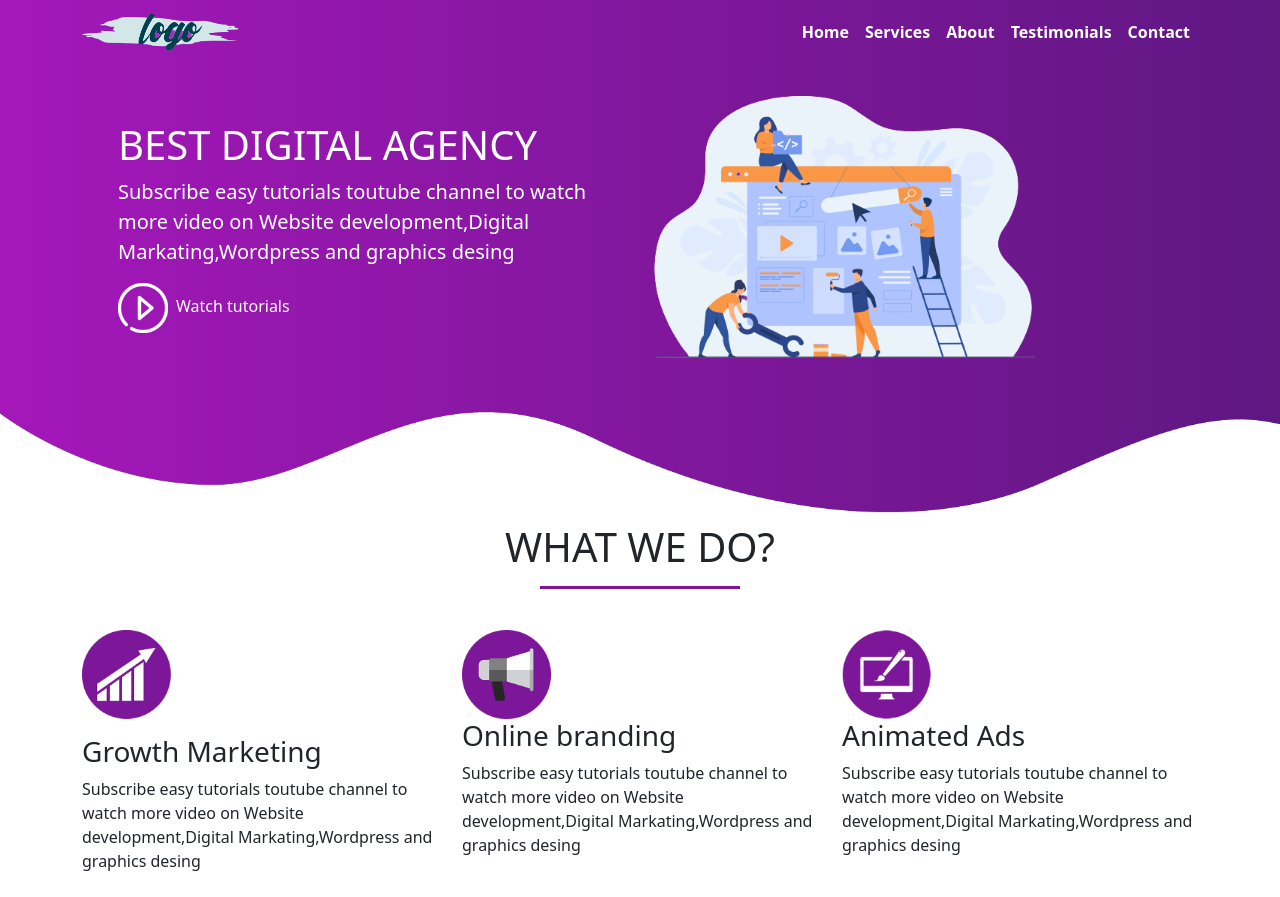
Repository: zjria/PSD-to-HTML-DIGITAL-AGENCY
Page: index.html
An editor plug-in stored every save of this project. The page is shown before and after the next save, followed by the edit.
The browser window is 1280 px wide. The pictures show the whole page.
Some web libraries are served in a nearby version.

Above is the page before, as saved 2022-05-11 08:21:53.

### index.html
<!doctype html>
<html lang="en">
  <head>
    <!-- Required meta tags -->
    <meta charset="utf-8">
    <meta name="viewport" content="width=device-width, initial-scale=1">
    <title>DIGITAL AGENCY</title>
    <!-- Bootstrap CSS -->
    <link href="https://cdn.jsdelivr.net/npm/bootstrap@5.0.2/dist/css/bootstrap.min.css" rel="stylesheet">
    <!-- Font awesome link-->
    <link rel="stylesheet" href="https://cdnjs.cloudflare.com/ajax/libs/font-awesome/6.1.1/css/all.min.css">
    <!-- custom CSS  -->
    <link rel="stylesheet" href="css/style.css">
  </head>
  <body>
    <!-- Navbar Section Start -->
    <section class="header">
        <nav class="navbar navbar-expand-md fixed-top">
            <div class="container">
                <a href="#" class="navbar-brand">
                    <img src="img/h_logo.png" alt="" class="menu-icon img-fluid w-50">
                </a>
                <button class="navbar-toggler" data-bs-target="#menunavbarlink" data-bs-toggle="collapse" type="button">
                    <span class="navbar-toggler-icon"></span>
                </button>
                <div class="collapse navbar-collapse fw-bold " id="menunavbarlink">
                  <ul class="navbar-nav ms-auto ">
                    <li class="nav-item ">
                      <a href="#Home" class="nav-link text-white">Home</a>
                    </li>
                    <li class="nav-item">
                      <a href="#Services" class="nav-link text-white">Services</a>
                    </li>
                    <li class="nav-item">
                      <a href="#About" class="nav-link text-white">About</a>
                    </li>
                    <li class="nav-item">
                      <a href="#Testimonials" class="nav-link text-white" >Testimonials</a>
                    </li>
                    <li class="nav-item">
                      <a href="#Contact" class="nav-link text-white">Contact</a>
                    </li>
                  </ul>
                </div>
            </div>
        </nav>
    </section>
    <!-- Navbar Section END -->
    <!-- Navbar Section Start -->
    <section class="" id="baner" id="Home">
      <div class="container p-5 py-5">
        <div class="row align-items-center text-white mt-5">
          <div class="col-md-6">
            <h1>BEST DIGITAL AGENCY</h1>
            <p class="lead">Subscribe easy tutorials toutube channel to watch more video on Website development,Digital Markating,Wordpress and graphics desing</p>
            <a href="#"><img src="img/play.png" class="img-fluid me-2 " alt=""><span>Watch tutorials</span></a>
          </div>
          <div class="col-md-6 m-auto">
            <img src="img/heder_logo.png" class="img-fluid w-75" alt="">
          </div>
        </div>
      </div>
      <img src="img/wave1.png" alt="" class="img-wave1 img-fluid">
    </section>
    <!-- Navbar Section END -->

    <!-- Service Section Start -->
      <section class="service-section">
        <div class="container">
          <div class="row text-center">
            <h1 class="title">WHAT WE DO?</h1>
            <!-- <span></span> -->
          </div>
          <div class="row mt-5">
            <div class="col-12 col-md-4 mb-2">
              <img src="img/service1.png" alt="" class="img-fluid w-25 mb-3">
              <h3>Growth Marketing</h3>
              <p>
                Subscribe easy tutorials toutube channel to watch more video on Website development,Digital Markating,Wordpress and graphics desing</p>
            </div>
            <div class="col-12 col-md-4 mb-2">
              <img src="img/service2.png" alt="" class="img-fluid w-25">
              <h3>Online branding</h3>
              <p>
                Subscribe easy tutorials toutube channel to watch more video on Website development,Digital Markating,Wordpress and graphics desing</p>
            </div>
            <div class="col-12 col-md-4 mb-2">
              <img src="img/service3.png" alt="" class="img-fluid w-25">
              <h3>Animated Ads</h3>
              <p>
                Subscribe easy tutorials toutube channel to watch more video on Website development,Digital Markating,Wordpress and graphics desing</p>
            </div>
          </div>
        </div>
      </section>
    <!-- Service Section End -->




    <!-- Optional JavaScript; choose one of the two! -->
    <!-- Option 1: Bootstrap Bundle with Popper -->
    <script src="https://cdn.jsdelivr.net/npm/bootstrap@5.0.2/dist/js/bootstrap.bundle.min.js"></script>
  </body>
</html>

### css/style.css
.navbar{
    background-image: linear-gradient(to right, #a517ba,#5f1782)!important;
}
#baner{
    background-image: linear-gradient(to right, #a517ba,#5f1782)!important;
    align-items: center;
    margin: auto;
    justify-content: center;
}
#baner a img{
    width: 50px;
    align-items: center;
    margin: auto;
    justify-content: center;

}
#baner a{
    text-decoration: none;
    color: white;
}
.img-wave1{
    width: 100%;
}

/* Service Section */
.title{}
.title::after{
    content: "";
    display: block;
    background: #7B1798;
    height: 3px;
    width: 200px;
    margin: auto;
    transform: translateY(15px);
}

After the next save:
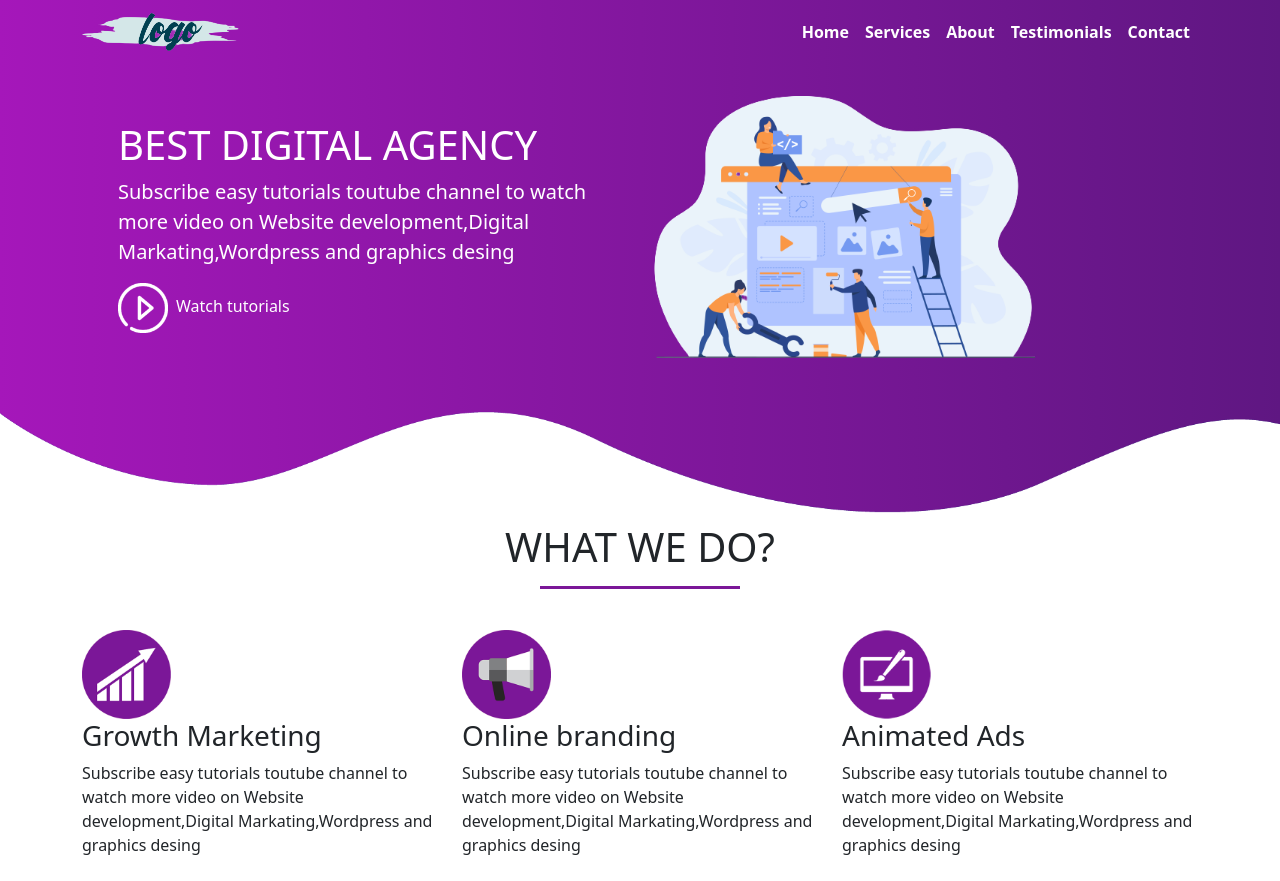
Saved 29 s later.
--- a/index.html
+++ b/index.html
@@ -73,8 +73,8 @@
           </div>
           <div class="row mt-5">
             <div class="col-12 col-md-4 mb-2">
-              <img src="img/service1.png" alt="" class="img-fluid w-25 mb-3">
-              <h3>Growth Marketing</h3>
+              <img src="img/service1.png" alt="" class="img-fluid w-25">
+              <h3 class="mb-2">Growth Marketing</h3>
               <p>
                 Subscribe easy tutorials toutube channel to watch more video on Website development,Digital Markating,Wordpress and graphics desing</p>
             </div>
